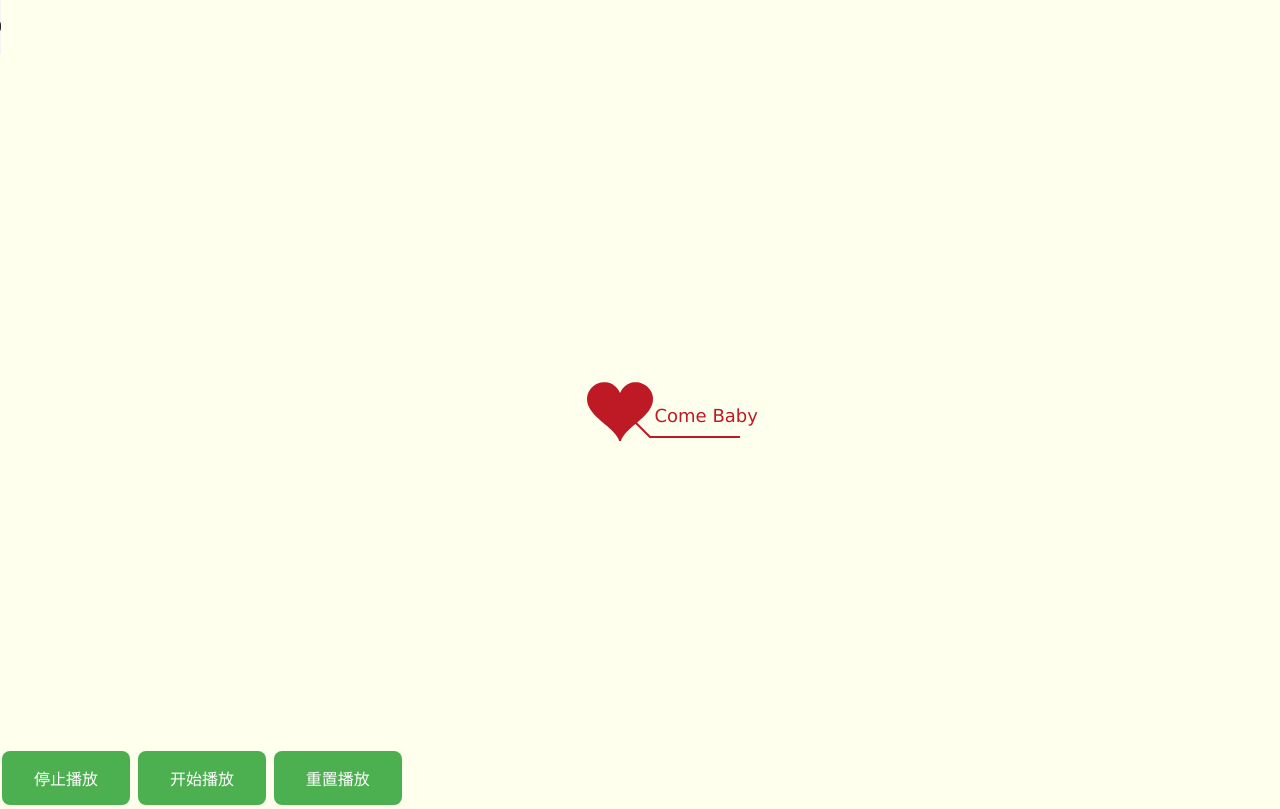
Repository: FuchangXu/FuchangXu.github.io
Page: index.html
These files come from the project's save history. The page is drawn as it stood at one moment and after the next save; the edit follows.
The browser window is 1280 px wide. The pictures show the whole page.

Above is the page before, as saved 2024-08-22 17:19:51.

### index.html
<!DOCTYPE html PUBLIC "-//W3C//DTD XHTML 1.0 Strict//EN" "http://www.w3.org/TR/xhtml1/DTD/xhtml1-strict.dtd">
<html xml:lang="en" xmlns="http://www.w3.org/1999/xhtml"><head><meta http-equiv="Content-Type" content="text/html; charset=UTF-8">
		<title>叶瑾睿生日快乐！</title>
        <link type="text/css" rel="stylesheet" href="./js/default.css">
		<script type="text/javascript" src="./js/jquery.min.js"></script>
		<script type="text/javascript" src="./js/jscex.min.js"></script>
		<script type="text/javascript" src="./js/jscex-parser.js"></script>
		<script type="text/javascript" src="./js/jscex-jit.js"></script>
		<script type="text/javascript" src="./js/jscex-builderbase.min.js"></script>
		<script type="text/javascript" src="./js/jscex-async.min.js"></script>
		<script type="text/javascript" src="./js/jscex-async-powerpack.min.js"></script>
		<script type="text/javascript" src="./js/functions.js" charset="utf-8"></script>
		<script type="text/javascript" src="./js/love.js" charset="utf-8"></script>
	    <style type="text/css">
<!--
.STYLE1 {color: #666666}
-->
        </style>
</head>
    <body>
        <audio controls autoplay>

                    <audio src="2661264151.mp3" id="dd" autoplay="autoplay" controls="controls" loop="loop"></audio>

			</audio>
        <div id="main">
            <div id="error">本页面采用HTML5编辑，目前您的浏览器无法显示，请换成谷歌(<a href="http://www.google.cn/chrome/intl/zh-CN/landing_chrome.html?hl=zh-CN&brand=CHMI">Chrome</a>)或者火狐(<a href="http://firefox.com.cn/download/">Firefox</a>)浏览器，或者其他游览器的最新版本。</div>
<div id="wrap">
                <div id="text">
			        <div id="code">
    <span class="say">
        未来的CHG，我爱你，虽然你看不见我对你的告白</span><br>

        我知道我不会甜言蜜语，但是我会用行动证明一切</span><br>
    <span class="say"> </span><br>
    <span class="say">你说我啰嗦，有些东西因为越在乎所以越失去</span><br>
    <span class="say">因为我太爱你了，所以我失去你了</span><br>
    <span class="say">因为我太啰嗦了，所以你离开了我</span><br>
    <span class="say">虽然你看不见我的告白，但是我还是要把这些心里话说出来</span><br>
	<span class="say"> </span><br>
    <span class="say"><span class="space"></span> -- 你的好哥哥--</span>
			  </font></p>
      </div>
        </div>
                <div id="clock-box">
                    <span class="STYLE1"></span><font color="#33CC00">叶瑾睿生日快乐！</font>
    <span class="STYLE1">现在已经是你的来到世界上的……</span>
                  <div id="clock"></div>
              </div>
                <canvas id="canvas" width="1100" height="680"></canvas>
            </div>

        </div>

<button onclick="dt()" class="btn">停止播放</button>
<button onclick="st()" class="btn">开始播放</button>
<button onclick="rs()" class="btn">重置播放</button>

<style>
    .btn {
        background-color: #4CAF50; /* 绿色背景 */
        border: none; /* 无边框 */
        color: white; /* 白色文字 */
        padding: 15px 32px; /* 内边距 */
        text-align: center; /* 文字居中 */
        text-decoration: none; /* 无下划线 */
        display: inline-block; /* 行内块级元素 */
        font-size: 16px; /* 字体大小 */
        margin: 4px 2px; /* 外边距 */
        cursor: pointer; /* 鼠标指针 */
        border-radius: 8px; /* 圆角 */
        transition-duration: 0.4s; /* 动画持续时间 */
    }

    .btn:hover {
        background-color: white; /* 鼠标悬停时的背景颜色 */
        color: black; /* 鼠标悬停时的文字颜色 */
        box-shadow: 0 8px 16px 0 rgba(0,0,0,0.3); /* 添加阴影 */
    }
</style>

<script type="text/javascript">
    function dt(){
        var dd = document.getElementById("dd")
        dd.pause()
    }
    function st(){
        var dd = document.getElementById("dd")
        dd.play()
    }
    function rs(){
        var dd = document.getElementById("dd")
        dd.load()
    }
</script>


    <script>
    (function(){
        var canvas = $('#canvas');

        if (!canvas[0].getContext) {
            $("#error").show();
            return false;        }

        var width = canvas.width();
        var height = canvas.height();
        canvas.attr("width", width);
        canvas.attr("height", height);
        var opts = {
            seed: {
                x: width / 2 - 20,
                color: "rgb(190, 26, 37)",
                scale: 2
            },
            branch: [
                [535, 680, 570, 250, 500, 200, 30, 100, [
                    [540, 500, 455, 417, 340, 400, 13, 100, [
                        [450, 435, 434, 430, 394, 395, 2, 40]
                    ]],
                    [550, 445, 600, 356, 680, 345, 12, 100, [
                        [578, 400, 648, 409, 661, 426, 3, 80]
                    ]],
                    [539, 281, 537, 248, 534, 217, 3, 40],
                    [546, 397, 413, 247, 328, 244, 9, 80, [
                        [427, 286, 383, 253, 371, 205, 2, 40],
                        [498, 345, 435, 315, 395, 330, 4, 60]
                    ]],
                    [546, 357, 608, 252, 678, 221, 6, 100, [
                        [590, 293, 646, 277, 648, 271, 2, 80]
                    ]]
                ]]
            ],
            bloom: {
                num: 700,
                width: 1080,
                height: 650,
            },
            footer: {
                width: 1200,
                height: 5,
                speed: 10,
            }
        }

        var tree = new Tree(canvas[0], width, height, opts);
        var seed = tree.seed;
        var foot = tree.footer;
        var hold = 1;

        canvas.click(function(e) {
            var offset = canvas.offset(), x, y;
            x = e.pageX - offset.left;
            y = e.pageY - offset.top;
            if (seed.hover(x, y)) {
                hold = 0;
                canvas.unbind("click");
                canvas.unbind("mousemove");
                canvas.removeClass('hand');
            }
        }).mousemove(function(e){
            var offset = canvas.offset(), x, y;
            x = e.pageX - offset.left;
            y = e.pageY - offset.top;
            canvas.toggleClass('hand', seed.hover(x, y));
        });

        var seedAnimate = eval(Jscex.compile("async", function () {
            seed.draw();
            while (hold) {
                $await(Jscex.Async.sleep(10));
            }
            while (seed.canScale()) {
                seed.scale(0.95);
                $await(Jscex.Async.sleep(10));
            }
            while (seed.canMove()) {
                seed.move(0, 2);
                foot.draw();
                $await(Jscex.Async.sleep(10));
            }
        }));

        var growAnimate = eval(Jscex.compile("async", function () {
            do {
    	        tree.grow();
                $await(Jscex.Async.sleep(10));
            } while (tree.canGrow());
        }));

        var flowAnimate = eval(Jscex.compile("async", function () {
            do {
    	        tree.flower(2);
                $await(Jscex.Async.sleep(10));
            } while (tree.canFlower());
        }));

        var moveAnimate = eval(Jscex.compile("async", function () {
            tree.snapshot("p1", 240, 0, 610, 680);
            while (tree.move("p1", 500, 0)) {
                foot.draw();
                $await(Jscex.Async.sleep(10));
            }
            foot.draw();
            tree.snapshot("p2", 500, 0, 610, 680);

            // 会有闪烁不得意这样做, (＞﹏＜)
            canvas.parent().css("background", "url(" + tree.toDataURL('image/png') + ")");
            canvas.css("background", "#ffe");
            $await(Jscex.Async.sleep(300));
            canvas.css("background", "none");
        }));

        var jumpAnimate = eval(Jscex.compile("async", function () {
            var ctx = tree.ctx;
            while (true) {
                tree.ctx.clearRect(0, 0, width, height);
                tree.jump();
                foot.draw();
                $await(Jscex.Async.sleep(25));
            }
        }));

        var textAnimate = eval(Jscex.compile("async", function () {
		    var together = new Date();
		    together.setFullYear(2008,9 , 10); 			//时间年月日
		    together.setHours(0);						//小时
		    together.setMinutes(0);					//分钟
		    together.setSeconds(0);					//秒前一位
		    together.setMilliseconds(2);				//秒第二位

		    $("#code").show().typewriter();
            $("#clock-box").fadeIn(500);
            while (true) {
                timeElapse(together);
                $await(Jscex.Async.sleep(1000));
            }
        }));

        var runAsync = eval(Jscex.compile("async", function () {
            $await(seedAnimate());
            $await(growAnimate());
            $await(flowAnimate());
            $await(moveAnimate());

            textAnimate().start();

            $await(jumpAnimate());
        }));

        runAsync().start();
    })();
    </script>

</div>
</body>
</html>

### js/default.css
body{margin:0;padding:0;background:#ffe;font-size:14px;font-family:'微软雅黑','宋体',sans-serif;color:#231F20;overflow:auto}
a {color:#000;font-size:14px;}
#main{width:100%;}
#wrap{position:relative;margin:0 auto;width:1100px;height:680px;margin-top:10px;}
#text{width:400px;height:425px;left:60px;top:80px;position:absolute;}
#code{display:none;font-size:16px;}
#clock-box {position:absolute;left:60px;top:550px;font-size:28px;display:none;}
#clock-box a {font-size:28px;text-decoration:none;}
#clock{margin-left:48px;}
#clock .digit {font-size:64px;}
#canvas{margin:0 auto;width:1100px;height:680px;}
#error{margin:0 auto;text-align:center;margin-top:60px;display:none;}
.hand{cursor:pointer;}
.say{margin-left:5px;}
.space{margin-right:150px;}

### js/functions.js
/*
 * http://love.hackerzhou.me
 */

// variables
var $win = $(window);
var clientWidth = $win.width();
var clientHeight = $win.height();

$(window).resize(function() {
    var newWidth = $win.width();
    var newHeight = $win.height();
    if (newWidth != clientWidth && newHeight != clientHeight) {
        location.replace(location);
    }
});

(function($) {
	$.fn.typewriter = function() {
		this.each(function() {
			var $ele = $(this), str = $ele.html(), progress = 0;
			$ele.html('');
			var timer = setInterval(function() {
				var current = str.substr(progress, 1);
				if (current == '<') {
					progress = str.indexOf('>', progress) + 1;
				} else {
					progress++;
				}
				$ele.html(str.substring(0, progress) + (progress & 1 ? '_' : ''));
				if (progress >= str.length) {
					clearInterval(timer);
				}
			}, 75);
		});
		return this;
	};
})(jQuery);

function timeElapse(date){
	var current = Date();
	var seconds = (Date.parse(current) - Date.parse(date)) / 1000;
	var days = Math.floor(seconds / (3600 * 24));
	seconds = seconds % (3600 * 24);
	var hours = Math.floor(seconds / 3600);
	if (hours < 10) {
		hours = "0" + hours;
	}
	seconds = seconds % 3600;
	var minutes = Math.floor(seconds / 60);
	if (minutes < 10) {
		minutes = "0" + minutes;
	}
	seconds = seconds % 60;
	if (seconds < 10) {
		seconds = "0" + seconds;
	}
	var result = "第 <span class=\"digit\">" + days + "</span> 天 <span class=\"digit\">" + hours + "</span> 小时 <span class=\"digit\">" + minutes + "</span> 分钟 <span class=\"digit\">" + seconds + "</span> 秒";
	$("#clock").html(result);
}

Loaded but not shown: js/jquery.min.js (library); js/jscex.min.js (common file); js/jscex-builderbase.min.js (common file); js/jscex-async.min.js (library); js/jscex-async-powerpack.min.js (library); js/jscex-parser.js (1352 lines, source omitted); js/jscex-jit.js (1406 lines, source omitted); js/love.js (533 lines, source omitted)

After the next save:
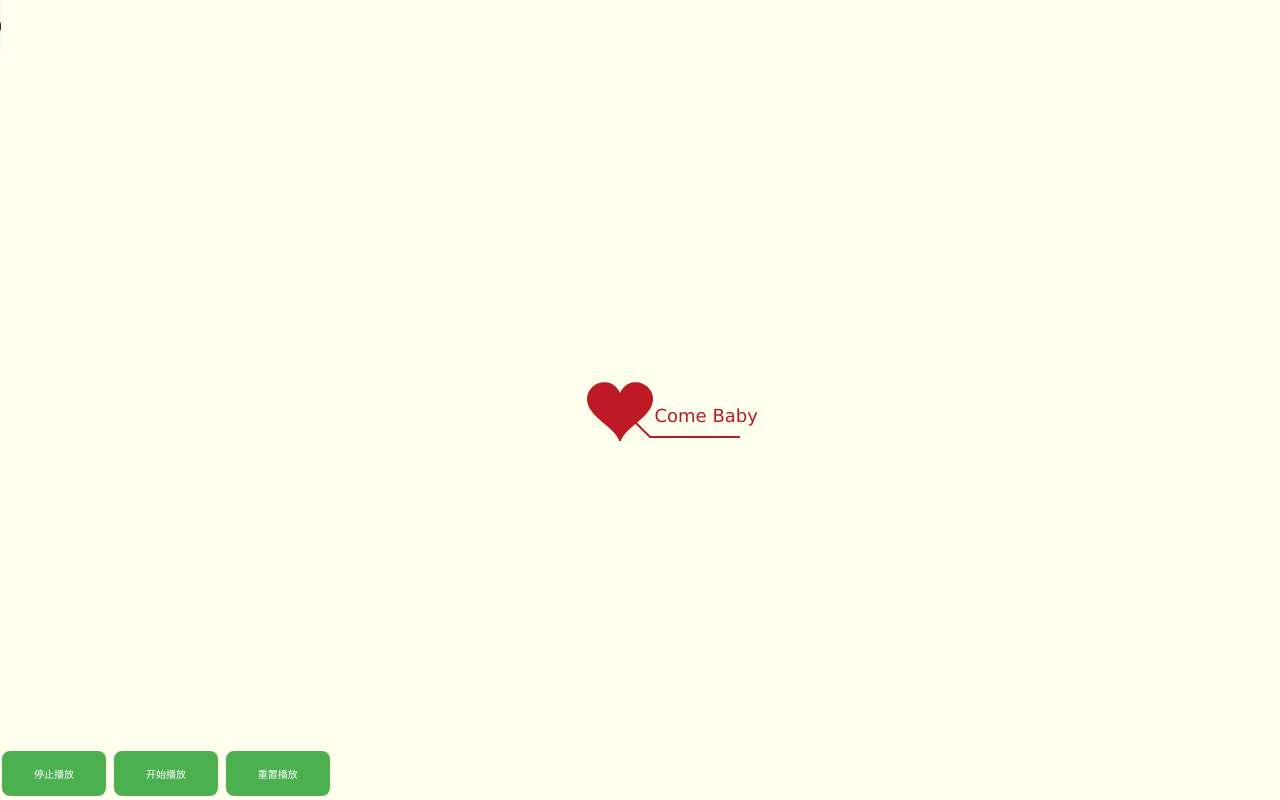
Saved 25 s later.
--- a/index.html
+++ b/index.html
@@ -65,7 +65,7 @@
         text-align: center; /* 文字居中 */
         text-decoration: none; /* 无下划线 */
         display: inline-block; /* 行内块级元素 */
-        font-size: 16px; /* 字体大小 */
+        font-size: 10px; /* 字体大小 */
         margin: 4px 2px; /* 外边距 */
         cursor: pointer; /* 鼠标指针 */
         border-radius: 8px; /* 圆角 */
